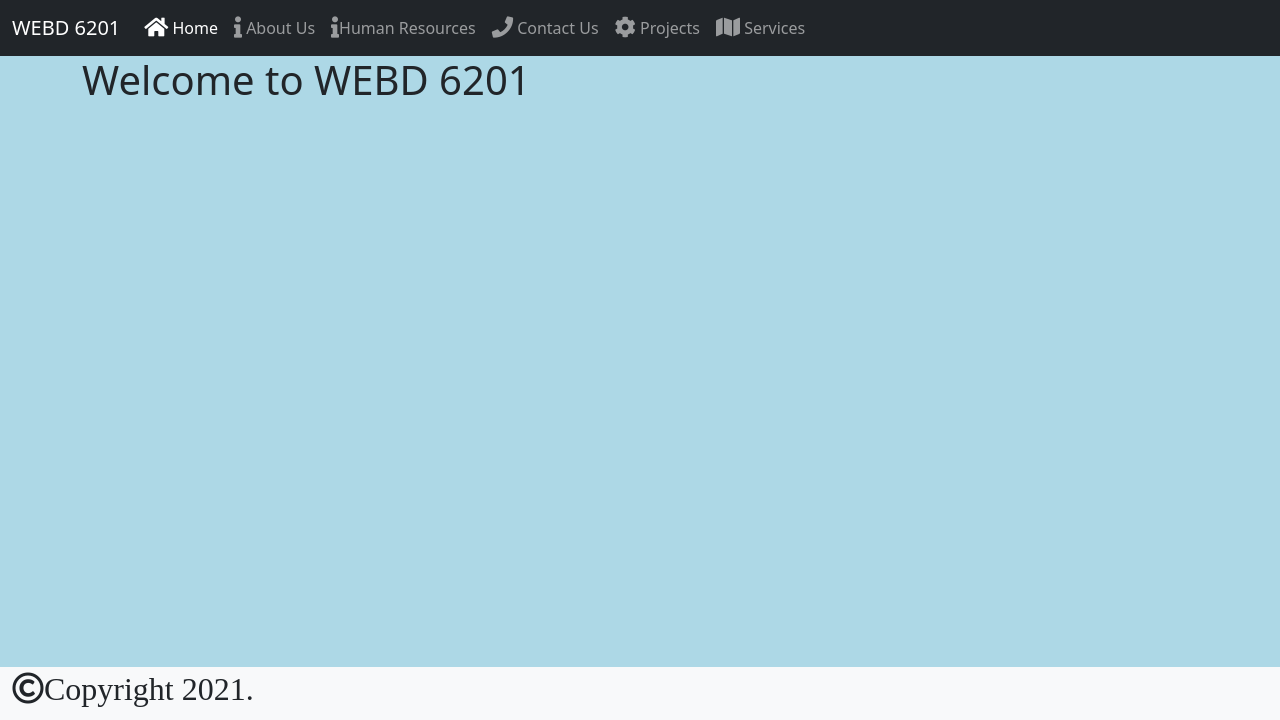
Repository: vans12345678/WEBD6201-W2021-Week3
Page: index.html
These files come from the project's save history. The page is drawn as it stood at one moment and after the next save; the edit follows.
The browser window is 1280 px wide. The pictures show the whole page.

Above is the page before, as saved 2021-01-28 19:08:51.

### index.html
<!DOCTYPE html>
<html lang="en">
<head>
    <meta charset="UTF-8">
    <meta name="viewport" content="width=device-width, initial-scale=1.0">
    <title>WEBD 6201 - W2021-ICE 1</title>

    <!-- CSS Section -->
    <link rel="stylesheet" href="./node_modules/bootstrap/dist/css/bootstrap.min.css">
    <link rel="stylesheet" href="./node_modules/@fortawesome/fontawesome-free/css/all.min.css">
    <link rel="stylesheet" href="./Content/app.css">
</head>
<body>
  <!-- Main Header -->
    <header>
      <!-- Main Navigation -->
        <nav class="navbar navbar-expand-lg navbar-dark bg-dark">
            <div class="container-fluid">
              <a class="navbar-brand" href="index.html">WEBD 6201</a>
              <button class="navbar-toggler" type="button" data-bs-toggle="collapse" data-bs-target="#navbarSupportedContent" aria-controls="navbarSupportedContent" aria-expanded="false" aria-label="Toggle navigation">
                <span class="navbar-toggler-icon"></span>
              </button>
              <div class="collapse navbar-collapse" id="navbarSupportedContent">
                <ul class="navbar-nav me-auto mb-2 mb-lg-0">
                  <li class="nav-item">
                    <a class="nav-link active" aria-current="page" href="index.html"><i class="fas fa-home fa-lg"></i> Home</a>
                  </li>

                  <li class="nav-item">
                    <a class="nav-link" aria-current="page" href="about.html"><i class="fas fa-info fa-lg"></i> About Us</a>
                  </li>
                  <li class="nav-item">
                    <a class="nav-link" aria-current="page" href="human-resources.html"><i class="fas fa-info fa-lg"></i>Human Resources</a>
                  </li>
                  <li class="nav-item">
                    <a class="nav-link" aria-current="page" href="contact.html"><i class="fas fa-phone fa-lg"></i> Contact Us</a>
                  </li>
                  <li class="nav-item">
                    <a class="nav-link" aria-current="page" href="projects.html"><i class="fas fa-cog fa-lg"></i> Projects</a>
                  </li>

                  <li class="nav-item">
                    <a class="nav-link" aria-current="page" href="services.html"><i class="fas fa-map fa-lg"></i> Services</a>
                  </li>
                </ul>
              </div>
            </div>
          </nav>
    </header>
  <!-- Main Contents -->
    <main class="container">
        <h1>Welcome to WEBD 6201</h1>
        <p id="paragraphOne"></p>
    </main>
    <!-- Main Footer -->
    <footer>
        <nav class="navbar fixed-bottom navbar-light bg-light">
            <div class="container-fluid">
                <h4><i class="far fa-copyright fa-lg">Copyright 2021.</i></h4>
            </div>
          </nav>
    </footer>
    <!-- Script Section -->
    <script src="./node_modules/jquery/dist/jquery.min.js"></script>
    <script src="./node_modules/bootstrap/dist/js/bootstrap.bundle.min.js"></script>
    <script src="./Scripts/app.js"></script>
</body>
</html>

### Content/app.css
/* custom css goes here */
body {
    /* background-image: url('vapor.jpg');
    background-repeat: no-repeat;
    background-attachment: fixed;
    background-size: 100% 100%; */
    background-color: lightblue;
  }

### Scripts/app.js
/* Custom JavaScript goes here */

//IIFE - Immediately Invoked Function Expression
//AKA - Anonymous Self-Executing Function
//Closure - limits scope leak

"use strict";


(function(){

    function displayHome()
    {

        let paragraphOneText = "This is a simple site to demonstrate DOM Manipulation for ICE 1";
        let paragraphOneElement = document.getElementById("paragraphOne");

        paragraphOneElement.textContent = paragraphOneText;
        //paragraphOneElement.style = "color: blue; font-weight: bold;";
        paragraphOneElement.className = "fs-5 fw-bold text-center";

        //Step 1. document.createElement
        let newParagraph = document.createElement("p");
        //Step 2. Configure the element
        newParagraph.setAttribute("id", "paragraphTwo");
        newParagraph.textContent = "... And this is paragraph two";
        //Step 3. Select parent element
        let mainContent = document.getElementsByTagName("main")[0];
        //Step 4. Add / Insert the element
        mainContent.appendChild(newParagraph);

        newParagraph.className = "fs-6";

        //Another way of injecting content`
        let paragraphDiv = document.createElement('div');
        let paragraphThree =  `<p id = "paragraphThree" class = "fs-7 fw-bold">...And this is the Third paragraph</p>`;
        paragraphDiv.innerHTML = paragraphThree;
        // mainContent.innerHTML = paragraphThree;
        // console.log(paragraphOneElement);

        //insertion before node
        //newParagraph.before(paragraphDiv);

        //insertion after node
        newParagraph.after(paragraphDiv);

        //deletions
        //example of removing a single element
        //paragraphOneElement.remove();

        //example of removeChild
        //mainContent.removeChild(paragraphOneElement);

        //update / modification
        //mainContent.firstElementChild.textContent = "Welcome home";

        mainContent.innerHTML =
        `<h1 id = "firstHeading">Welcome to WEBD6201 - Lab 1</h1>
        <p id = "paragraphOne" class = "fs-3 fw-bold">This is my first paragraph</p>
        `;

    }
    function displayAbout()
    {

    }
    function displayProjects()
    {

    }
    function displayServices()
    {

    }
    function displayContact()
    {

        let messageArea = document.getElementById("messageArea");
        messageArea.hidden = true;

        //form validation
        let fullName = document.getElementById("fullName");
        fullName.addEventListener("blur", function()
        {
            if(fullName.value.length < 2)
            {
                fullName.focus();
                fullName.select();
                messageArea.hidden = false;
                messageArea.className = "alert alert-danger";
                messageArea.textContent = "Please enter an appropriate name > 2 characters";
            }
            else
            {
                messageArea.removeAttribute("class");
                messageArea.hidden = true;
            }
        });
            let sendButton = document.getElementById("sendButton");
            sendButton.addEventListener("click", function(event)
            {
                //event.preventDefault();
                // //Displays twice?

                let contact = new Contact(fullName.value,contactNumber.value, emailAddress.value);

                //console.log(contact.serialize());
                if(contact.serialize())
                {
                    localStorage.setItem((localStorage.length + 1).toString(),contact.serialize());
                }
            });
    }
    function displayContactList()
    {
        if(localStorage.length > 0)
        {
            let contactList = document.getElementById("contactList");
            let data = "";

            for (let index = 0; index < localStorage.length; index++)
            {
                let contactData = localStorage.getItem((index + 1).toString());
                let contact = new Contact();

                contact.deserialize(contactData);

                data += `<tr>
                <th scope="row">${index + 1}</th>
                <td>${contact.FullName}</td>
                <td>${contact.ContactNumber}</td>
                <td>${contact.EmailAddress}</td>
              </tr>`;
            }
            contactList.innerHTML = data;
        }

    }

    function Start()
    {
        console.log("App Started...");

        switch(document.title)
        {
            case "Home":
                displayHome();
                break;
            case "About":
                displayAbout();
                break;
            case "Projects":
                displayProjects();
                break;
            case "Services":
                displayServices();
                break;
            case "Contact Us":
                displayContact();
                break;
            case "Contact-List":
                displayContactList();
                break;
        }


    }

    window.addEventListener("load", Start);

})();

Loaded but not shown: node_modules/bootstrap/dist/css/bootstrap.min.css (library); node_modules/@fortawesome/fontawesome-free/css/all.min.css (library); node_modules/jquery/dist/jquery.min.js (library); node_modules/bootstrap/dist/js/bootstrap.bundle.min.js (library)

After the next save:
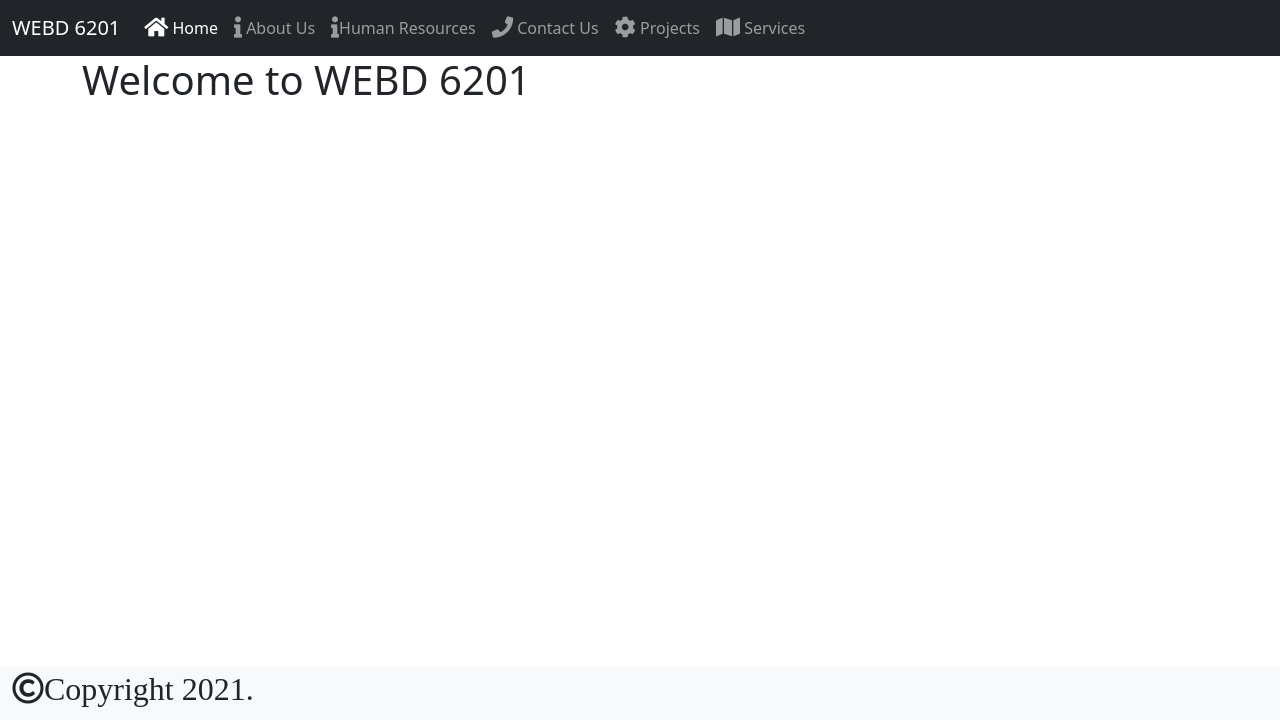
Not found: Content/vapor.jpg
Saved 50 s later.
--- a/Content/app.css
+++ b/Content/app.css
@@ -1,8 +1,7 @@
 /* custom css goes here */
 body {
-    /* background-image: url('vapor.jpg');
+    background-image: url('vapor.jpg');
     background-repeat: no-repeat;
     background-attachment: fixed;
-    background-size: 100% 100%; */
-    background-color: lightblue;
+    background-size: 100% 100%;
   }

After the 4 saves that followed:
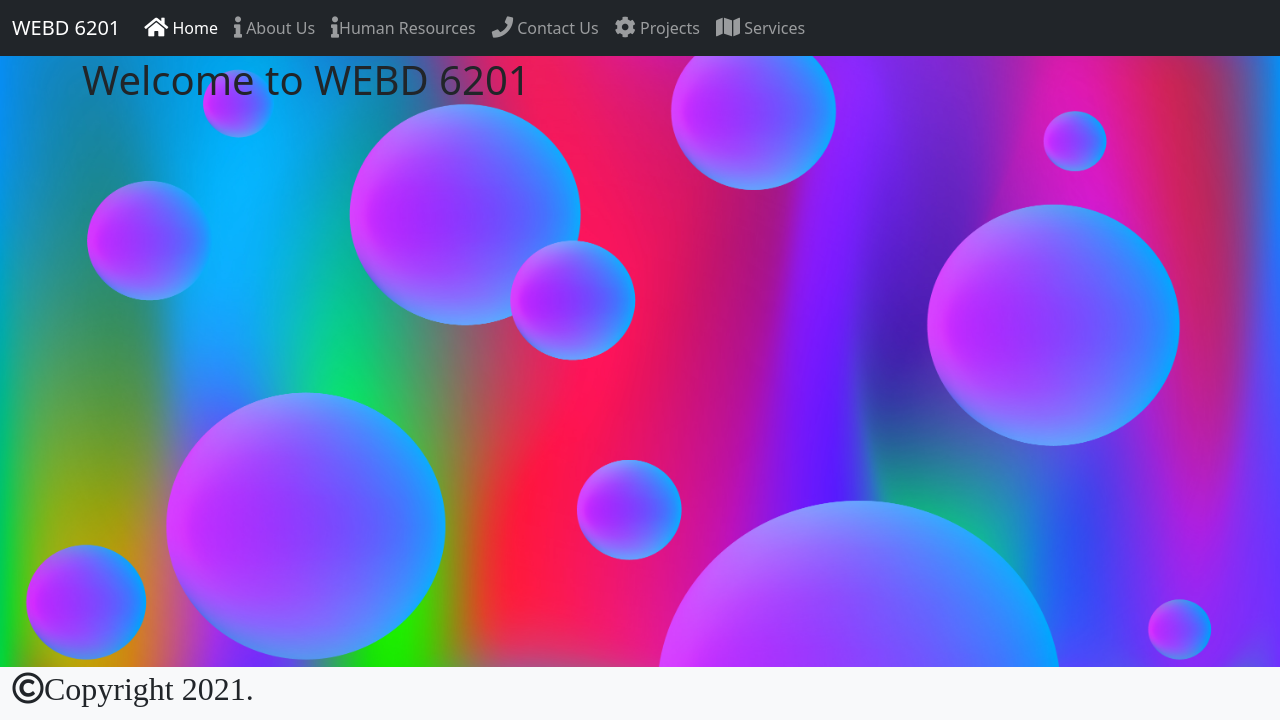
The 4 saves are shown as one change because 3 left the picture as it was.
The last was saved 11 min 2 s later.
--- a/index.html
+++ b/index.html
@@ -10,7 +10,8 @@
     <link rel="stylesheet" href="./node_modules/@fortawesome/fontawesome-free/css/all.min.css">
     <link rel="stylesheet" href="./Content/app.css">
 </head>
-<body>
+<body >
+
   <!-- Main Header -->
     <header>
       <!-- Main Navigation -->
--- a/Content/app.css
+++ b/Content/app.css
@@ -1,6 +1,6 @@
 /* custom css goes here */
 body {
-    background-image: url('vapor.jpg');
+    background-image: url('../images/vapor.jpg');
     background-repeat: no-repeat;
     background-attachment: fixed;
     background-size: 100% 100%;
